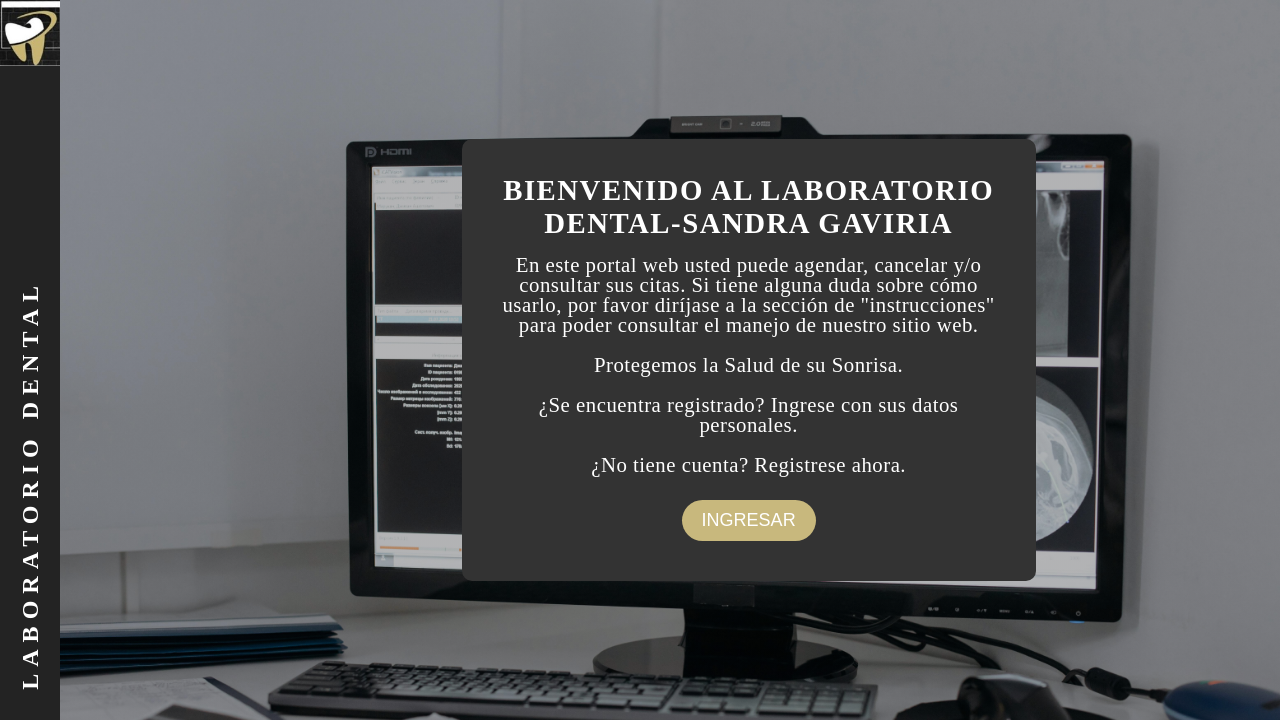
Repository: IIntef/ProyectoDental2.0
Page: Proyecto/Proyecto/Fer.html
An editor plug-in stored every save of this project. The page is shown before and after the next save, followed by the edit.
The browser window is 1280 px wide. The pictures show the whole page.

Above is the page before, as saved 2024-06-14 17:07:16.

### Proyecto/Proyecto/Fer.html
<!DOCTYPE html>
<html lang="en">
<head>
    <meta charset="UTF-8">
    <meta name="viewport" content="width=device-width, initial-scale=1.0">
    <title>Inicio</title>
    <link rel="stylesheet" href="StyleFer.css">
</head>
<body>
    <header>
        <img src="Logo.jpeg" alt="Logo Laboratorio Dental">
        <h1>LABORATORIO DENTAL</h1>
    </header>
    <main>
        <div class="container">
        <h2>BIENVENIDO AL LABORATORIO DENTAL-SANDRA GAVIRIA</h2>
        <P>En este portal web usted puede agendar, cancelar y/o consultar sus citas. Si tiene alguna duda sobre cómo usarlo, por favor diríjase a la sección de "instrucciones" para poder consultar el manejo de nuestro sitio web.</P>
        <p>Protegemos la Salud de su Sonrisa.</p>
        <p>¿Se encuentra registrado? Ingrese con sus datos personales.</p>
        <p>¿No tiene cuenta? Registrese ahora.</p>

        <div class="buttons">
        <button id="ingresar">INGRESAR</button>
        </div>
    </div>
    </main>
</body>
</html>

### Proyecto/Proyecto/StyleFer.css
header{
    position: relative;
    background-color: #232323;
    width: fit-content;
    height: 100vh;
    display: flex;
    flex-direction: column;
    align-items: center;
    justify-content: space-between;
    z-index: 1;
}

header h1 {
    writing-mode: vertical-rl;
    letter-spacing: 7px;
    font-size: clamp(1rem, 2.5vw, 1.5rem);
    transform: rotate(180deg);
    color: #fff;
    margin: 30px 0 ;
    font-weight: bold;
}

header img {
    width: 8vw;
    max-width: 60px;
}

main{
    width: 100%;
    justify-content:center;
    align-items: center;
    margin-left: calc(55% - 8cm);
}

.container{
    flex: 1;
    background-color: #333;
    color: #ffffff;
    padding: 35px;
    text-align: center;
    width: 70vw;
    max-width: 70vh;
    border-radius: 10px;
    margin-left:0px; /* Empujar hacia la derecha */
}
body {
    padding: 0;
    margin: 0;
    font-family: 'Times New Roman', Times, serif, Helvetica, Arial, sans-serif;
    display: flex;
    align-items: center;
    min-height: 100%;
    background: linear-gradient(rgba(5,7,12,0.3), rgba(5,7,12,0.3)), url("Fondo.jpg"), no-repeat center center fixed;
    width: 100%;
    background-size: cover;
}

h1{
    margin: 0;
    color: white;
    font-family: 'Fredoka One';
    letter-spacing: 1.5px;
    font-size: clamp(1.5rem, 2.5vw, 2rem);
    text-align: center;
}

h2{
    margin: 0;
    color: white;
    font-family: 'Fredoka One';
    letter-spacing: 1.5px;
    font-size: clamp(1.2rem, 2.5vw, 1.8rem);
    text-align:center;
}

p{
    font-weight: 100;
    line-height: 20px;
    letter-spacing: 0.5px;
    margin: 15px 0 20px;
    font-size: clamp(1.2rem, 2.5vw, 1.3rem);
}

a{
    color: white;
    font-size: 17px;
    text-decoration: none;
    margin: 15px 3px;
}

span{
    margin-bottom: 8px;
}

.content {
    display: flex;
    flex-direction: column;
    align-items: center;
}



.buttons {
    margin-top: 20px;
    align-items: center;
}

button {
    font-size: large;
    background-color: #c8b87d;
    color: #ffffff;
    border: none;
    padding: 10px 20px;
    margin: 5px;
    cursor: pointer;
    border-radius: 30px; /* Bordes redondos */
    transition: background-color 0.3s; /* Transición suave del color de fondo */
}

button:hover {
    background-color: #e0d4a0; /* Cambia el color al pasar el cursor */
}

.image-container {
    display: none; /* Oculta el contenedor de imagen */
}

After the next save:
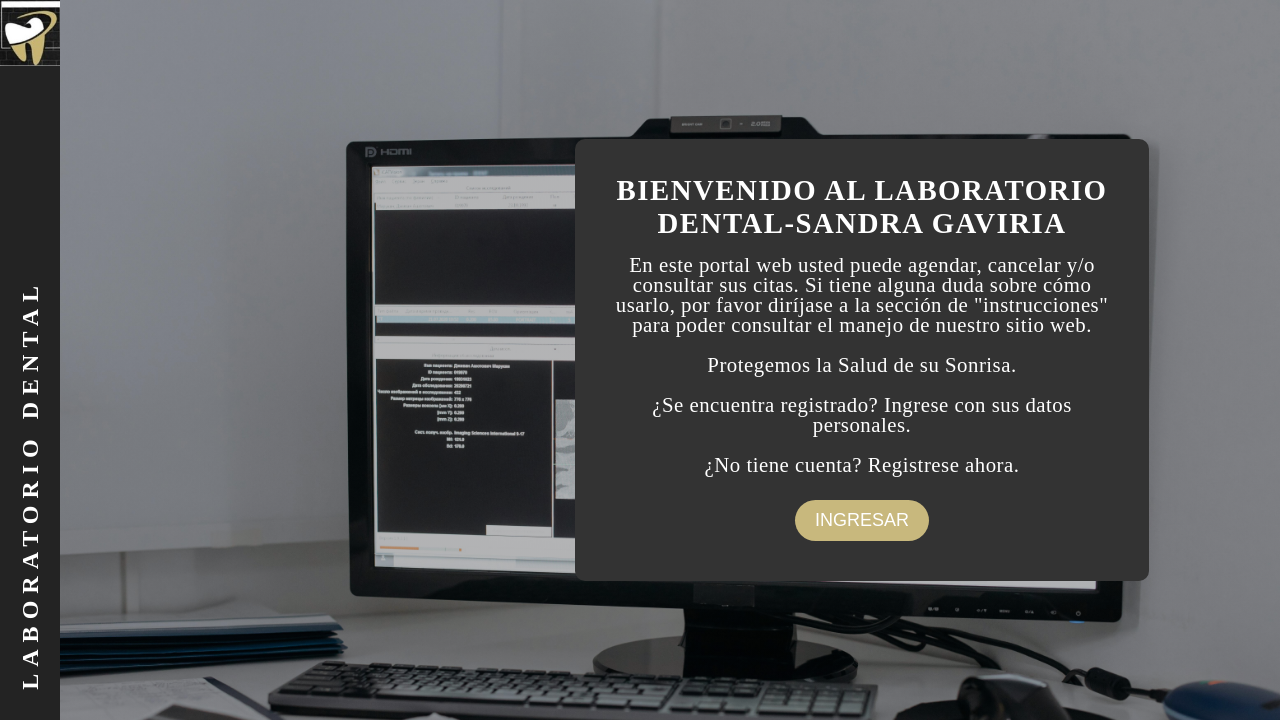
Saved 4 s later.
--- a/Proyecto/Proyecto/StyleFer.css
+++ b/Proyecto/Proyecto/StyleFer.css
@@ -29,7 +29,7 @@ main{
     width: 100%;
     justify-content:center;
     align-items: center;
-    margin-left: calc(55% - 8cm);
+    margin-left: calc(55% - 5cm);
 }
 
 .container{
